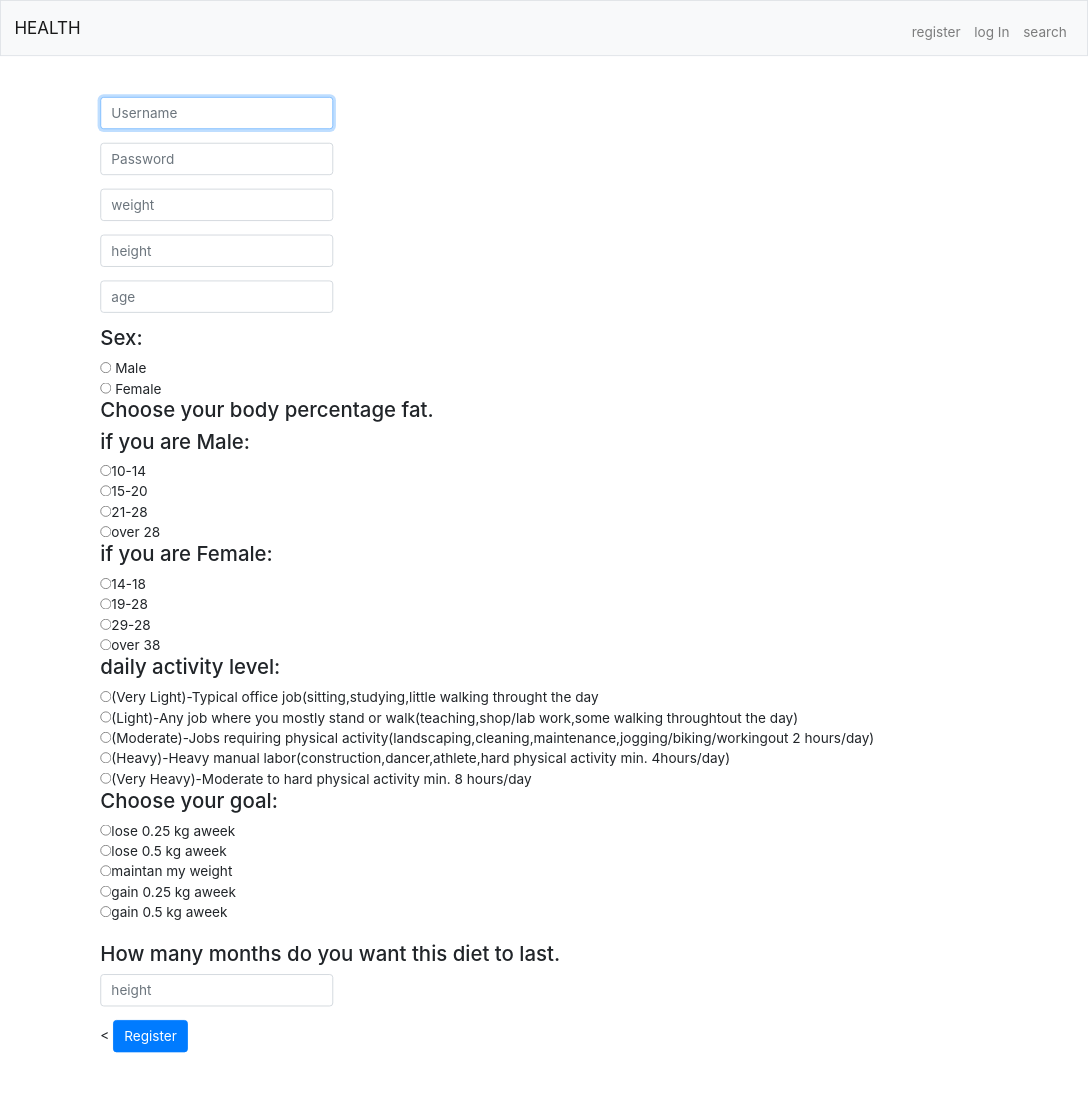
Repository: bahgaat/cs50
Page: http://localhost/register
The author's editor kept a record of every edit. The page is drawn from the files as they stood at one moment, then again after the next edit.
The browser window is 1280 px wide. The pictures show the whole page, at 85% of full size.
The page is served by the project's application, run on Flask 3 (applications.py). Other server files are loaded and not shown.

Above is the page before.

### templates/register.html
{% extends "layout.html" %}

{% block title %}
     Register
{% endblock %}

{% block main %}


     <form id="register" action = "/register"  method="POST">
         <div class="form-group">
             <input id="username" autocomplete="off" autofocus class="form-control" name="username"  placeholder="Username" type="text">
         </div>
         <div class="form-group">
             <input class="form-control" name="password" placeholder="Password" type="password">
         </div>
         <div class="form-group">
             <input class="form-control" name="weight" placeholder="weight" type="text">
         </div>
         <div class="form-group">
             <input class="form-control" name="height" placeholder="height" type="text"><br>
         </div>
         <div class="form-group">
              <input class="form-control" name="age" placeholder="age" type="text">
          </div>
          <div>
              <h4>Sex:</h4>
              <input id="male" type="radio" name="gender" value="male" > Male<br>
              <input id="female" type="radio" name="gender" value="female"> Female<br>
          </div>
          <div>
              <h4>Choose your body percentage fat.</h4>
              <h4>if you are Male:</h4>
              <input id="10-14" type="radio" name="bodyfat" value="10-14">10-14<br>
              <input id="15-20" type="radio" name="bodyfat" value="15-20">15-20<br>
              <input id="21-28" type="radio" name="bodyfat" value="21-28">21-28<br>
              <input id="over28" type="radio" name="bodyfat" value="over28">over 28<br>
              <h4>if you are Female:</h4>
              <input id="14-18" type="radio" name="bodyfat" value="14-18">14-18<br>
              <input id="19-28" type="radio" name="bodyfat" value="19-28">19-28<br>
              <input id="29-38" type="radio" name="bodyfat" value="29-38">29-28<br>
              <input id="over38" type="radio" name="bodyfat" value="over38">over 38<br>
          </div>

          <div>
              <h4>daily activity level:</h4>
              <input id="verylight" type="radio" name="activity" value="verylight" >(Very Light)-Typical office job(sitting,studying,little walking throught the day<br>
              <input id="light" type="radio" name="activity" value="light">(Light)-Any job where you mostly stand or walk(teaching,shop/lab work,some walking throughtout the day) <br>
              <input id="moderate" type="radio" name="activity" value="moderate" >(Moderate)-Jobs requiring physical activity(landscaping,cleaning,maintenance,jogging/biking/workingout 2 hours/day)<br>
              <input id="heavy" type="radio" name="activity" value="heavy">(Heavy)-Heavy manual labor(construction,dancer,athlete,hard physical activity min. 4hours/day)<br>
              <input id="veryheavy" type="radio" name="activity" value="veryheavy">(Very Heavy)-Moderate to hard physical activity min. 8 hours/day<br>
          </div>
          <div>
              <h4>Choose your goal:</h4>
              <input id="losekg" type="radio" name="goal" value="lose">lose 0.25 kg aweek<br>
              <input id="losekgs"  type="radio" name="goal" value="lose0.5kg">lose 0.5 kg aweek<br>
              <input id="maintainmyweight" type="radio" name="goal" value="maintainmyweight">maintan my weight<br>
              <input id="gainkg" type="radio" name="goal" value="gain0.25kg">gain 0.25 kg aweek<br>
              <input id="gainkgs" type="radio" name="goal" value="gain0.5kg">gain 0.5 kg aweek<br>
          </div>
          <br>
          <div>
              <h4>How many months do you want this diet to last.</h4>
          <div class="form-group">
             <input class="form-control" name="height" placeholder="height" type="text"><br>
          </div>
          <

         <button  id="register" class="btn btn-primary" type="submit">Register</button></a>
     </form>

{% endblock %}

### templates/layout.html
<!DOCTYPE html>

<html lang="en">

    <head>

        <!-- Required meta tags -->
        <meta charset="utf-8">
        <meta name="viewport" content="width=device-width, initial-scale=1, shrink-to-fit=no">

        <!-- documentation at http://getbootstrap.com/docs/4.1/, alternative themes at https://bootswatch.com/ -->
        <link href="https://maxcdn.bootstrapcdn.com/bootstrap/4.1.3/css/bootstrap.min.css" rel="stylesheet">

        <!-- https://favicon.io/emoji-favicons/money-mouth-face/ -->
        <link href="/static/favicon.ico" rel="icon">

        <link href="/static/styles.css" rel="stylesheet">

        <script src="https://code.jquery.com/jquery-3.3.1.min.js"></script>
        <script src="https://cdnjs.cloudflare.com/ajax/libs/popper.js/1.14.3/umd/popper.min.js"></script>
        <script src="https://maxcdn.bootstrapcdn.com/bootstrap/4.1.3/js/bootstrap.min.js"></script>

        <title>Health: {% block title %}{% endblock %}</title>

    </head>

    <body>

        <nav class="navbar navbar-expand-md navbar-light bg-light border">
            <a class="navbar-brand" href="/"><span class="blue" >HEALTH</span></a>
            <button aria-controls="navbar" aria-expanded="false" aria-label="Toggle navigation" class="navbar-toggler" data-target="#navbar" data-toggle="collapse" type="button">
                <span class="navbar-toggler-icon"></span>
            </button>
            <div class="collapse navbar-collapse" id="navbar">
                {% if session.user_id %}
                    <ul class="navbar-nav mr-auto mt-2">
                        <li class="nav-item"><a class="nav-link" href="/history">history</a></li>
                        <li class="nav-item"><a class="nav-link" href="/diet">diet</a></li>

                    </ul>
                    <ul class="navbar-nav ml-auto mt-2">
                        <li class="nav-item"><a class="nav-link" href="/logout">Log Out</a></li>
                    </ul>
                {% else %}
                    <ul class="navbar-nav ml-auto mt-2">
                        <li class="nav-item"><a class="nav-link" href="/register">register</a></li>
                        <li class="nav-item"><a class="nav-link" href="/login">log In</a></li>
                        <li class="nav-item"><a class="nav-link" href="/search">search</a></li>
                    </ul>
                {% endif %}
            </div>
        </nav>

        {% if get_flashed_messages() %}
            <header>
                <div class="alert alert-primary border text-center" role="alert">
                    {{ get_flashed_messages() | join(" ") }}
                </div>
            </header>
        {% endif %}

        <main class="container p-5">
            {% block main %}{% endblock %}
        </main>


    </body>

</html>

### static/styles.css
nav .nav-brand
{
    font-size: xx-large;
}

nav .nav-brand .blue
{
    color: #537fbe;
}

main .form-control
{
    display: inline-block;
    width: auto;
}

main
{
    overflow-x: auto;
    text-align:left;
}

main img
{
    max-width:100%;
}

.food
{
    text-align:left;
}

#quantity
{
    text-align:left;
}

.Meal
{
    text-align:left;
}

.mb-3
{
    text-align: center;
}

Loaded but not shown: applications.py (1381 lines, source omitted)

After the next edit:
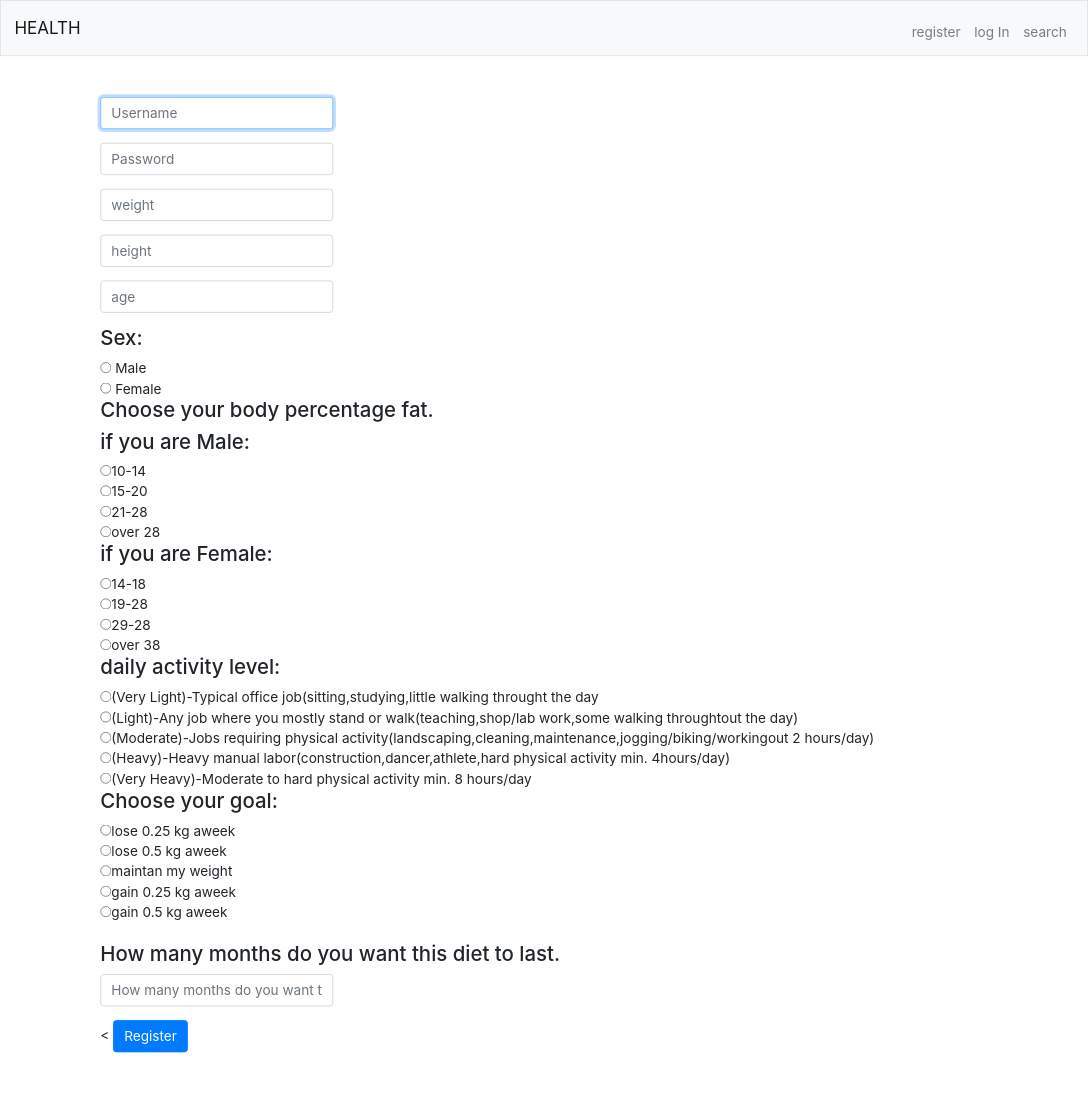
The edit:
--- a/templates/register.html
+++ b/templates/register.html
@@ -62,7 +62,7 @@
           <div>
               <h4>How many months do you want this diet to last.</h4>
           <div class="form-group">
-             <input class="form-control" name="height" placeholder="height" type="text"><br>
+             <input class="form-control" name="" placeholder="How many months do you want this diet to last." type="text"><br>
           </div>
           <
 
